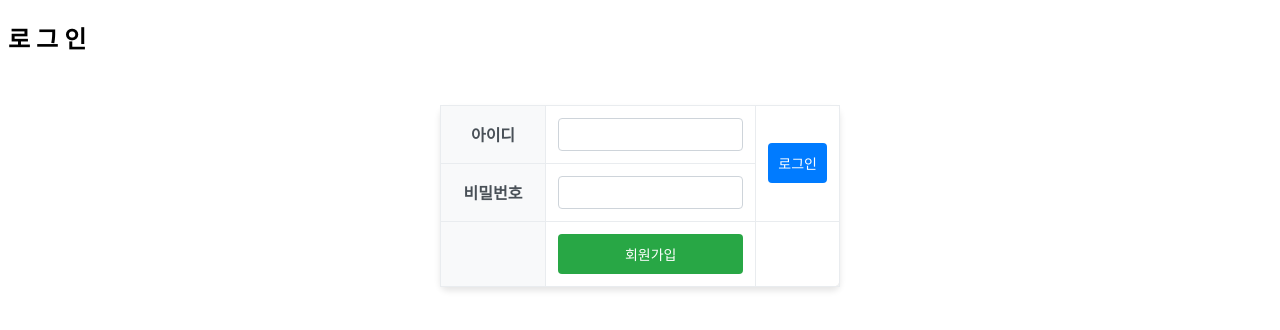
Repository: 1plus1equals3-true/Board-temp
Page: http://localhost/jsp/member/Login.jsp
These files come from the project's save history. The page is drawn as it stood at one moment and after the next save; the edit follows.
The browser window is 1280 px wide. The pictures show the whole page.
The page is served by Tomcat 9.

Above is the page before, as saved 2025-09-10 06:02:57.

After the next save:
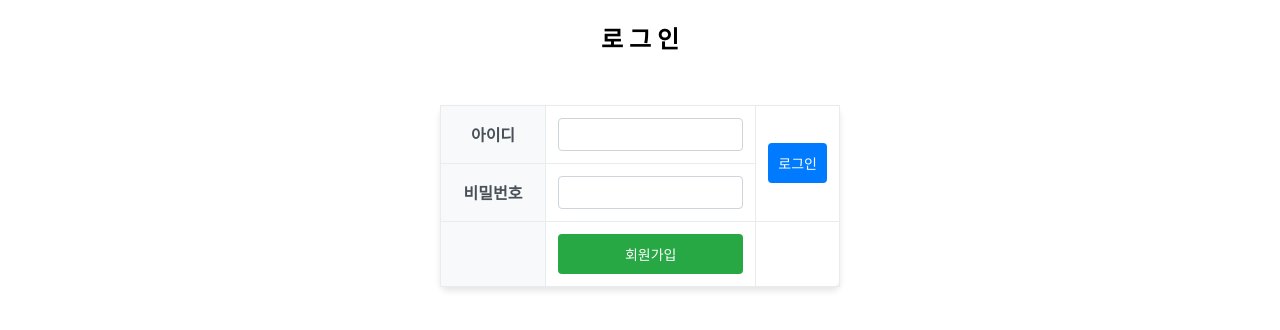
Saved 30 s later.
--- a/jsp/src/main/webapp/member/Login.jsp
+++ b/jsp/src/main/webapp/member/Login.jsp
@@ -88,7 +88,7 @@
 </head>
 <body>
 
-	<h2>로 그 인</h2>
+	<h2 style="text-align: center;">로 그 인</h2>
 
 	<form action="Login_proc.jsp" method="post" class="login-form">
 		<table>
